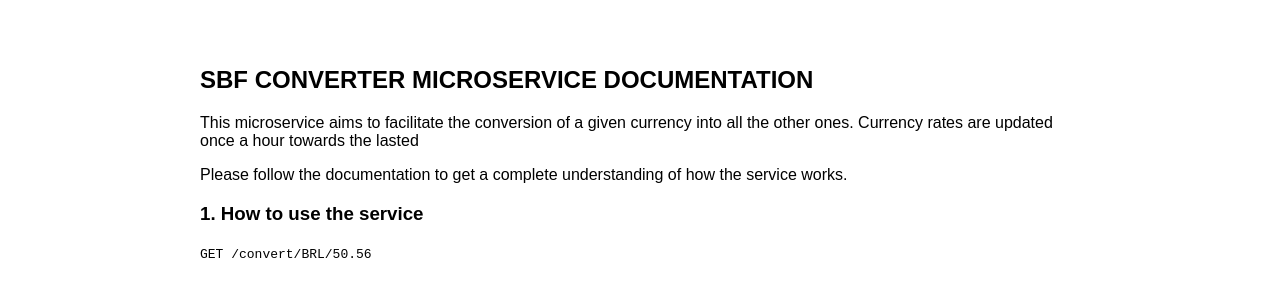
Repository: miguelamello/nestjs-restful-api
Page: documentation.html
The author's editor kept a copy of each file at every save. The page is drawn from the files as they stood at one save, then again after the next save.
The browser window is 1280 px wide. The pictures show the whole page.

Above is the page before, as saved 2023-03-21 22:03:37.

### documentation.html
<!DOCTYPE html>
<html lang="en">
<head>
  <meta charset="UTF-8">
  <meta http-equiv="X-UA-Compatible" content="IE=edge">
  <meta name="viewport" content="width=device-width, initial-scale=1.0">
  <title>SBF Converter Documentation</title>
  <style>
    body {
      font-family: Arial, Helvetica, sans-serif;
      padding: 3% 15%;
    }
  </style>
</head>
<body>
  <h2>SBF CONVERTER MICROSERVICE DOCUMENTATION</h2>
  <p>This microservice aims to facilitate the conversion of a given currency
    into all the other ones. Currency rates are updated once a hour towards
  the lasted </p>
  <p>Please follow the documentation to get a complete
  understanding of how the service works. </p>

  <h3>1. How to use the service</h3>
  <code>GET /convert/BRL/50.56</code>
  <p></p>

</body>
</html>

After the next save:
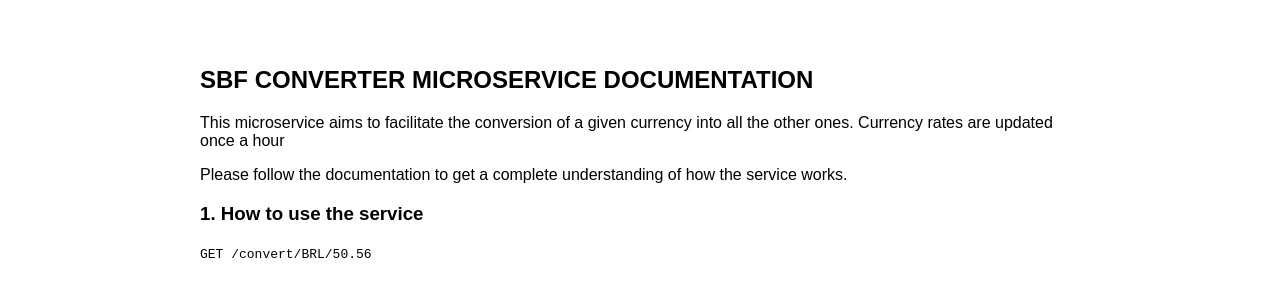
Saved 27 s later.
--- a/documentation.html
+++ b/documentation.html
@@ -15,8 +15,7 @@
 <body>
   <h2>SBF CONVERTER MICROSERVICE DOCUMENTATION</h2>
   <p>This microservice aims to facilitate the conversion of a given currency
-    into all the other ones. Currency rates are updated once a hour towards
-  the lasted </p>
+    into all the other ones. Currency rates are updated once a hour</p>
   <p>Please follow the documentation to get a complete
   understanding of how the service works. </p>
 
